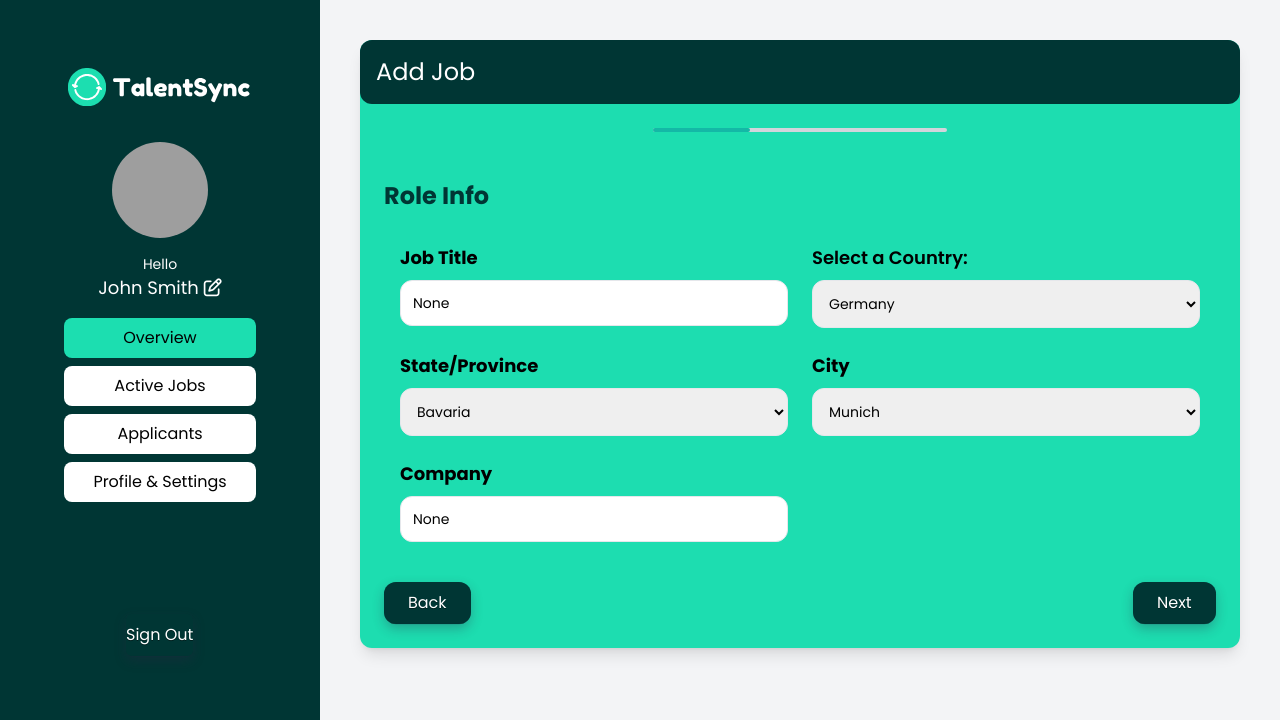
Repository: AbdullahScriptStudio/TalentSync
Page: http://localhost/recruiter/create/step1/
The author's editor kept a copy of each file at every save. The page is drawn from the files as they stood at one save, then again after the next save.
The browser window is 1280 px wide. The pictures show the whole page.
Pictures or frames that could not be fetched are drawn as grey boxes. Some web libraries are served in a nearby version. The page is served by the project's application, run on Django 5.2 (manage.py). Other server files are loaded and not shown.

Above is the page before, as saved 2025-03-25 06:10:58.

### recruiter/templates/recruiter/job_form_step1.html
<!DOCTYPE html>
<html lang="en">
{% load static %}

<head>
    <meta charset="UTF-8">
    <meta name="viewport" content="width=device-width, initial-scale=1.0">
    <script src="https://cdn.tailwindcss.com"></script>
    <link rel="stylesheet" href="https://cdnjs.cloudflare.com/ajax/libs/font-awesome/6.0.0-beta3/css/all.min.css">
    <title>Overview Dashboard</title>
    <style>
        @import url('https://fonts.googleapis.com/css2?family=Inter:ital,opsz,wght@0,14..32,100..900;1,14..32,100..900&family=Poppins:ital,wght@0,100;0,200;0,300;0,400;0,500;0,600;0,700;0,800;0,900;1,100;1,200;1,300;1,400;1,500;1,600;1,700;1,800;1,900&display=swap');

        body {
            font-family: "Poppins", sans-serif;
            background-color: white;
        }

        button {
            font-size: 18px;
            display: inline-block;
            outline: 0;
            border: 0;
            cursor: pointer;
            will-change: box-shadow, transform;
            background: radial-gradient(100% 100% at 100% 0%, #003634 0%, #003634 100%);
            box-shadow: 0px 0.01em 0.01em rgb(45 35 66 / 40%), 0px 0.3em 0.7em -0.01em rgb(45 35 66 / 30%), inset 0px -0.01em 0px rgb(0 54 52 / 50%);
            padding: 0 2em;
            border-radius: 0.3em;
            color: #fff;
            height: 2.6em;
            text-shadow: 0 1px 0 rgb(0 0 0 / 40%);
            transition: box-shadow 0.15s ease, transform 0.15s ease;
        }

        button:hover {
            box-shadow: 0px 0.1em 0.2em rgb(0 54 52 / 40%), 0px 0.4em 0.7em -0.1em rgb(0 54 52 / 30%), inset 0px -0.1em 0px #003634;
            transform: translateY(-0.1em);
        }

        button:active {
            box-shadow: inset 0px 0.1em 0.6em #003634;
            transform: translateY(0em);
        }
    </style>
</head>

<body class="bg-gray-100">
    <div class="flex min-h-screen">
        <!-- Sidebar -->
        <div class="bg-[#003634] text-white w-1/4 p-6 flex flex-col items-center fixed h-full" style="padding: 4rem;">
            <div class="flex items-center mb-8">
                <img alt="TalentSync logo" class="w-48 h-auto" src="{% static 'images/logo.svg' %}" />
            </div>
            <img alt="Profile picture of John Smith" class="w-24 h-24 rounded-full mb-4" height="100" src="{% static 'images/dog-profile.svg' %}" width="100" />
            <div class="text-center mb-4">
                <p class="text-sm">Hello</p>
                <p class="text-lg">John Smith <i class="fa-regular fa-pen-to-square"></i></p>
            </div>
            <nav class="flex flex-col w-full">
                <a href="overviewDashboard.html" class="bg-[#1cdeb0] text-white py-2 px-4 rounded mb-2" style="border-radius: 0.5rem;color: rgb(0 0 0); text-align: center;">Overview</a>
                <a href="aciveJobsDashboard.html" class="bg-white text-teal-900 py-2 px-4 rounded mb-2" style="border-radius: 0.5rem;color: rgb(0 0 0); text-align: center;">Active Jobs</a>
                <a href="applicantsDashboard.html" class="bg-white text-teal-900 py-2 px-4 rounded mb-2" style="border-radius: 0.5rem;color: rgb(0 0 0); text-align: center;">Applicants</a>
                <a href="#" class="bg-white text-teal-900 py-2 px-4 rounded mb-2" style="border-radius: 0.5rem;color: rgb(0 0 0); text-align: center;">Profile &amp; Settings</a>
            </nav>
            <button class="mt-auto text-white">Sign Out</button>
        </div>

        <!-- Main Content -->
        <div class="flex-1 p-10 ml-[25%] overflow-y-auto">
            <div class="bg-[#1dddb0] rounded-xl shadow-lg">
                <div>
                    <h2 class="bg-[#003634] text-white font-normal text-2xl mb-6 p-4 rounded-xl">Add Job</h2>
                </div>

                <!-- Progress Bar -->
                <div class="flex justify-center mb-6">
                    <div class="w-1/3 h-1 bg-gray-300 rounded-full">
                        <div class="h-full bg-teal-500 rounded-full" style="width: 33%;"></div> <!-- 33% for step 1 -->
                    </div>
                </div>

                <div class="p-6">
                    <h3 class="text-2xl font-bold text-[#003634] mb-4">Role Info</h3>
                    <form method="POST">
                        {% csrf_token %}
                        <div class="grid grid-cols-1 md:grid-cols-2 gap-6 p-4">
                            <div>
                                <label class="block text-lg font-bold mb-2">Job Title</label>
                                <input class="w-full p-3 text-sm border rounded-xl focus:outline-none focus:ring-2 focus:ring-teal-500" type="text" name="title" value="{{ form.title.value }}" required />
                            </div>
                            <div>
                                <label class="block text-lg font-semibold mb-2">Select a Country:</label>
                                <select class="w-full p-3 text-sm border rounded-xl focus:outline-none focus:ring-2 focus:ring-teal-500" name="country" required>
                                    <option value="DE">Germany</option>
                                </select>
                            </div>
                            <div>
                                <label for="states" class="block text-lg font-bold mb-2">State/Province</label>
                                <select class="w-full p-3 text-sm border rounded-xl focus:outline-none focus:ring-2 focus:ring-teal-500" name="state_province" required>
                                    <option value="Bavaria">Bavaria</option>
                                    <option value="Berlin">Berlin</option>
                                    <!-- Add more states -->
                                </select>
                            </div>
                            <div>
                                <label for="cities" class="block text-lg font-bold mb-2">City</label>
                                <select class="w-full p-3 text-sm border rounded-xl focus:outline-none focus:ring-2 focus:ring-teal-500" name="city" required>
                                    <option value="Munich">Munich</option>
                                    <option value="Berlin">Berlin</option>
                                    <!-- Add more cities -->
                                </select>
                            </div>
                            <div>
                                <label class="block text-lg font-bold mb-2">Company</label>
                                <input class="w-full p-3 text-sm border rounded-xl focus:outline-none focus:ring-2 focus:ring-teal-500" type="text" name="company" value="{{ form.company.value }}" required />
                            </div>
                        </div>

                        <div class="flex justify-between mt-6">
                            <button class="bg-[#003634] text-white py-2 px-6 rounded-xl" type="button" onclick="window.location.href='/jobs/step0'">Back</button>
                            <button class="bg-[#003634] text-white py-2 px-6 rounded-xl" type="submit">Next</button>
                        </div>
                    </form>
                </div>
            </div>
        </div>
    </div>
</body>

</html>

### recruiter/forms.py
from django import forms
from .models import JobPost

class JobPostFormStep1(forms.Form):
    title = forms.CharField(max_length=255)
    company = forms.CharField(max_length=255)
    country = forms.ChoiceField(choices=[('DE', 'Germany')])  # Fixed to Germany
    state_province = forms.ChoiceField(choices=[
        ('Bavaria', 'Bavaria'),
        ('Berlin', 'Berlin'),
        # Add more states
    ])
    city = forms.ChoiceField(choices=[
        ('Munich', 'Munich'),
        ('Berlin', 'Berlin'),
        # Add more cities
    ])



class JobPostFormStep2(forms.Form):
    JOB_TYPES = [
        ('full_time', 'Full-time'),
        ('part_time', 'Part-time'),
        ('contract', 'Contract'),
        ('freelance', 'Freelance'),
        ('temporary', 'Temporary'),
    ]

    SALARY_CURRENCY_CHOICES = [
        ('EUR', 'Euro (EUR)'),
        ('USD', 'United States Dollar (USD)'),
        ('GBP', 'British Pound (GBP)'),
        ('AUD', 'Australian Dollar (AUD)'),
        ('CAD', 'Canadian Dollar (CAD)'),
    ]

    job_type = forms.ChoiceField(choices=JOB_TYPES)
    min_experience = forms.IntegerField(min_value=0)
    max_experience = forms.IntegerField(min_value=0)
    min_salary = forms.DecimalField(max_digits=10, decimal_places=2)
    max_salary = forms.DecimalField(max_digits=10, decimal_places=2)
    salary_currency = forms.ChoiceField(choices=SALARY_CURRENCY_CHOICES)
    skills_required = forms.CharField(max_length=500)  # Comma separated skills
    department = forms.CharField(max_length=100)
    job_status = forms.ChoiceField(choices=[('open', 'Open'), ('closed', 'Closed'), ('paused', 'Paused')])
    is_remote = forms.BooleanField(required=False)

### recruiter/views.py
from django.shortcuts import render, redirect
from .models import JobPost
#from .forms import JobPostForm  # We'll create this form next
from .forms import JobPostFormStep1, JobPostFormStep2




# View to list all job posts
def job_list(request):
    job_posts = JobPost.objects.all()
    return render(request, 'recruiter/job_list.html', {'job_posts': job_posts})

# View to show details of a single job post
def job_detail(request, pk):
    job_post = JobPost.objects.get(pk=pk)
    return render(request, 'recruiter/job_detail.html', {'job_post': job_post})

# View to create a new job post
def job_create_step1(request):
    if request.method == 'POST':
        form = JobPostFormStep1(request.POST)
        if form.is_valid():
            # Save the form data in session
            request.session['job_title'] = form.cleaned_data['title']
            request.session['company'] = form.cleaned_data['company']
            request.session['country'] = form.cleaned_data['country']
            request.session['state_province'] = form.cleaned_data['state_province']
            request.session['city'] = form.cleaned_data['city']

            return redirect('job_create_step2')  # Proceed to next step
    else:
        form = JobPostFormStep1()

    return render(request, 'recruiter/job_form_step1.html', {'form': form})


def job_create_step2(request):
    if request.method == 'POST':
        form = JobPostFormStep2(request.POST)
        if form.is_valid():
            # Save form data in session
            request.session['job_type'] = form.cleaned_data['job_type']
            request.session['min_experience'] = form.cleaned_data['min_experience']
            request.session['max_experience'] = form.cleaned_data['max_experience']
            request.session['min_salary'] = form.cleaned_data['min_salary']
            request.session['max_salary'] = form.cleaned_data['max_salary']
            request.session['salary_currency'] = form.cleaned_data['salary_currency']
            request.session['skills_required'] = form.cleaned_data['skills_required']
            request.session['department'] = form.cleaned_data['department']
            request.session['job_status'] = form.cleaned_data['job_status']
            request.session['is_remote'] = form.cleaned_data['is_remote']

            return redirect('job_create_step3')  # Go to next step
    else:
        form = JobPostFormStep2()

    return render(request, 'recruiter/job_form_step2.html', {'form': form})

### talentsync/urls.py
"""
URL configuration for talentsync project.

The `urlpatterns` list routes URLs to views. For more information please see:
    https://docs.djangoproject.com/en/5.1/topics/http/urls/
Examples:
Function views
    1. Add an import:  from my_app import views
    2. Add a URL to urlpatterns:  path('', views.home, name='home')
Class-based views
    1. Add an import:  from other_app.views import Home
    2. Add a URL to urlpatterns:  path('', Home.as_view(), name='home')
Including another URLconf
    1. Import the include() function: from django.urls import include, path
    2. Add a URL to urlpatterns:  path('blog/', include('blog.urls'))
"""
from django.contrib import admin
from django.urls import path, include
from django.conf import settings
from django.conf.urls.static import static

urlpatterns = [
    path('admin/', admin.site.urls),
    path('recruiter/', include('recruiter.urls')),
    #path('applicant/', include('applicant.urls')),
]


if settings.DEBUG:
    urlpatterns += static(settings.MEDIA_URL, document_root=settings.MEDIA_ROOT)

### recruiter/urls.py
from django.urls import path
from . import views
from django.conf.urls.static import static
from django.conf import settings



urlpatterns = [


    #adding new job
    path('create/step1/', views.job_create_step1, name='job_create_step1'),
    path('create/step2/', views.job_create_step2, name='job_create_step2'),
    #path('create/step3/', views.job_create_step3, name='job_create_step3'),
]



if settings.DEBUG:
    urlpatterns += static(settings.MEDIA_URL, document_root=settings.MEDIA_ROOT)

Loaded but not shown: static/images/logo.svg (1 lines, source omitted)

After the next save:
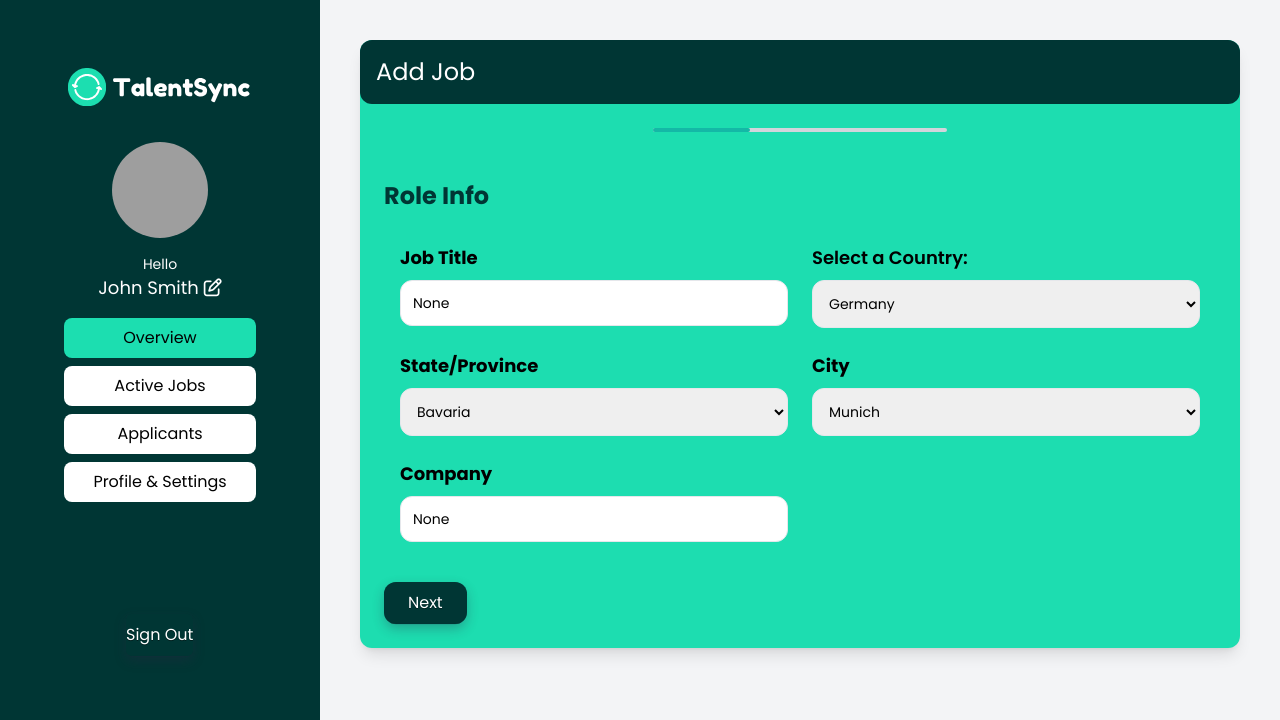
Saved 56 s later.
--- a/recruiter/templates/recruiter/job_form_step1.html
+++ b/recruiter/templates/recruiter/job_form_step1.html
@@ -118,7 +118,6 @@
                         </div>
 
                         <div class="flex justify-between mt-6">
-                            <button class="bg-[#003634] text-white py-2 px-6 rounded-xl" type="button" onclick="window.location.href='/jobs/step0'">Back</button>
                             <button class="bg-[#003634] text-white py-2 px-6 rounded-xl" type="submit">Next</button>
                         </div>
                     </form>

After the save that followed:
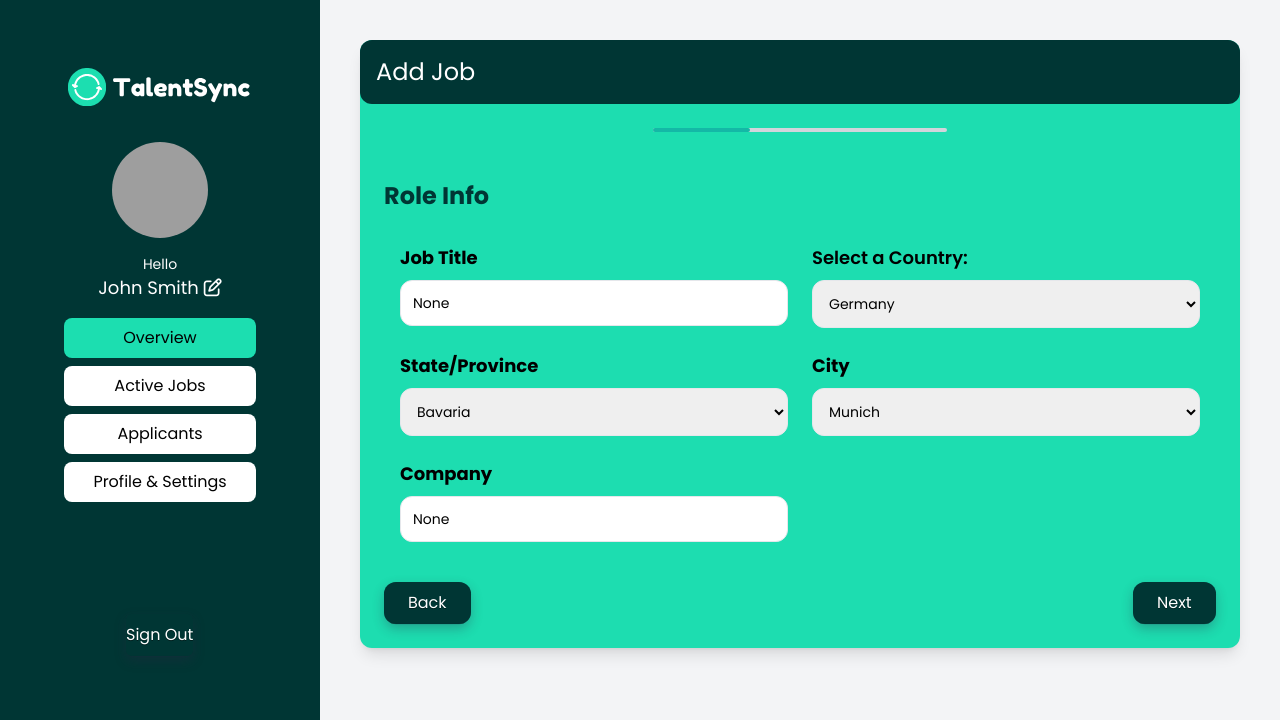
Saved 10 s later.
--- a/recruiter/templates/recruiter/job_form_step1.html
+++ b/recruiter/templates/recruiter/job_form_step1.html
@@ -118,6 +118,7 @@
                         </div>
 
                         <div class="flex justify-between mt-6">
+                            <button class="bg-[#003634] text-white py-2 px-6 rounded-xl" type="button" onclick="window.location.href='/jobs/step0'">Back</button>
                             <button class="bg-[#003634] text-white py-2 px-6 rounded-xl" type="submit">Next</button>
                         </div>
                     </form>
